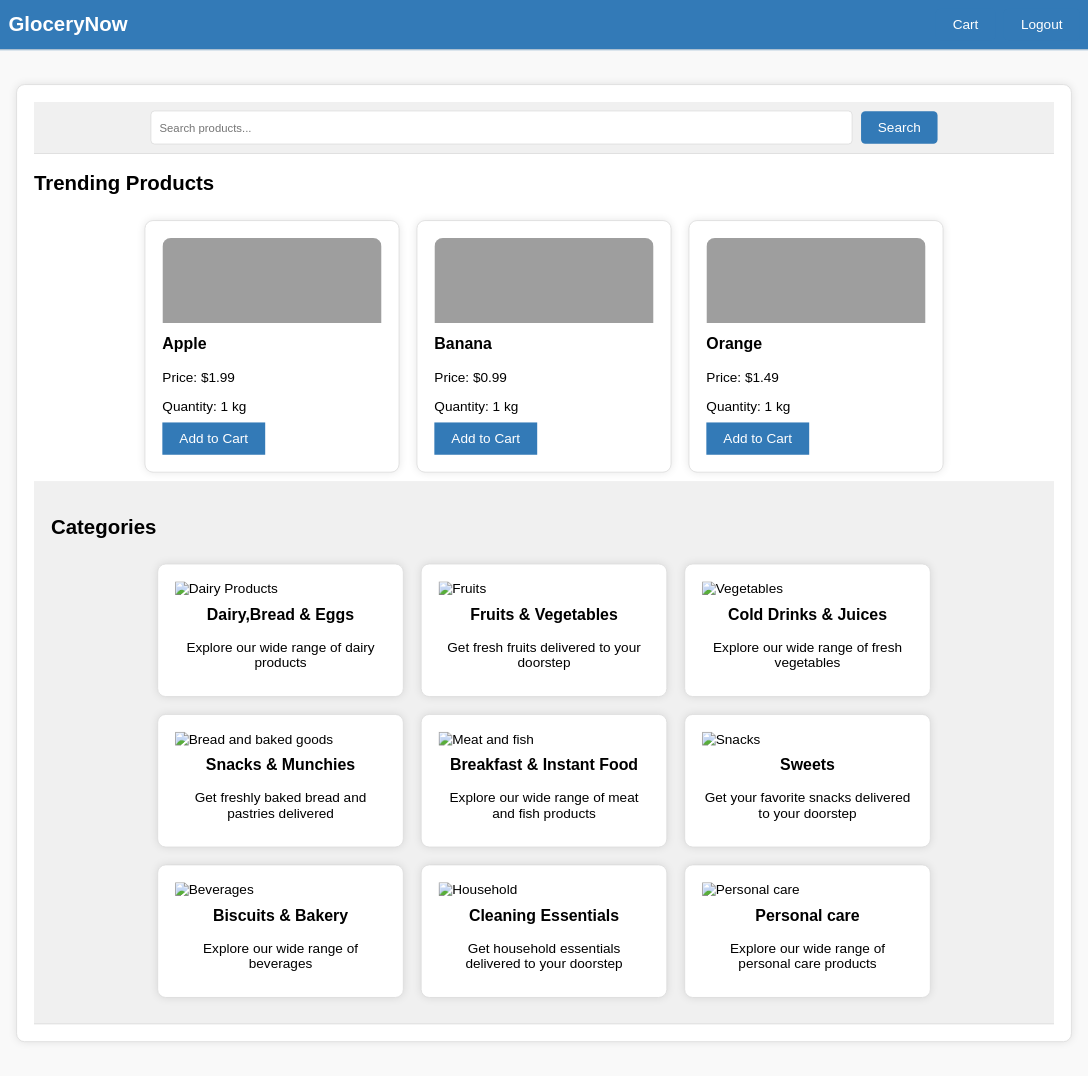
Repository: shamchiwade/GroceryNow
Page: http://localhost/ShopManagement/home.jsp
The author's editor kept a copy of each file at every save. The page is drawn from the files as they stood at one save, then again after the next save.
The browser window is 1280 px wide. The pictures show the whole page, at 85% of full size.
Pictures or frames that could not be fetched are drawn as grey boxes. The page is served by Tomcat 10. Nobody is signed in. The application's start-up code is not run. Other server files are loaded and not shown.

Above is the page before, as saved 2024-10-11 12:35:09.

### ShopManagement/src/main/webapp/home.jsp
<%@ page language="java" contentType="text/html; charset=UTF-8"
	pageEncoding="UTF-8"%>
<!DOCTYPE html>
<html>
<head>
<title>GloceryNow - Home</title>
<style type="text/css">
body {
	font-family: Arial, sans-serif;
	margin: 0;
	padding: 0;
	background-color: #f9f9f9;
}

.container {
	max-width: 1200px;
	margin: 40px auto;
	padding: 20px;
	background-color: #fff;
	border: 1px solid #ddd;
	box-shadow: 0 0 10px rgba(0, 0, 0, 0.1);
	border-radius: 10px;
}

.header {
	background-color: #337ab7;
	padding: 10px;
	border-bottom: 1px solid #ddd;
	display: flex;
	justify-content: space-between;
	align-items: center;
}

.header .logo {
	color: #fff;
	font-size: 24px;
	margin: 0;
}

.header .buttons {
	display: flex;
	align-items: center;
}

.header .buttons button {
	background-color: #337ab7;
	color: #fff;
	border: none;
	padding: 10px 20px;
	font-size: 16px;
	cursor: pointer;
	transition: background-color 0.2s ease-in-out;
	border-radius: 5px;
	margin-left: 10px;
}

.header .buttons button:hover {
	background-color: #23527c;
}

.search-bar {
	background-color: #f0f0f0;
	padding: 10px;
	border-bottom: 1px solid #ddd;
	display: flex;
	justify-content: center;
	align-items: center;
}

.search-bar input {
	width: 70%;
	height: 40px;
	padding: 10px;
	border: 1px solid #ddd;
	border-radius: 5px;
}

.search-bar button {
	background-color: #337ab7;
	color: #fff;
	border: none;
	padding: 10px 20px;
	font-size: 16px;
	cursor: pointer;
	transition: background-color 0.2s ease-in-out;
	border-radius: 5px;
	margin-left: 10px;
}

.search-bar button:hover {
	background-color: #23527c;
}

.categories {
	background-color: #f0f0f0;
	padding: 20px;
	border-bottom: 1px solid #ddd;
}

.categories .row {
	display: flex;
	flex-wrap: wrap;
	justify-content: center;
}

.categories .col-md-3 {
	width: 25%;
	margin: 10px;
}

.categories .card {
	background-color: #fff;
	padding: 20px;
	border: 1px solid #ddd;
	border-radius: 10px;
	box-shadow: 0 0 10px rgba(0, 0, 0, 0.1);
	transition: transform 0.2s ease-in-out;
}

.categories .card:hover {
	transform: scale(1.05);
}

.categories .card img {
	object-fit: cover;
	object-position: 100% 0;
	width: 100%;
	height: 260px
}

.categories .card h3 {
	font-weight: bold;
	margin-top: 10px;
	text-align: center;
}

.categories .card p {
	margin-bottom: 10px;
	text-align: center;
}

.trending-products {
	margin-top: 20px;
}

.trending-products h2 {
	margin-top: 0;
}

.trending-products .row {
	display: flex;
	flex-wrap: wrap;
	justify-content: center;
}

.trending-products .col-md-3 {
	width: 25%;
	margin: 10px;
}

.trending-products .card {
	background-color: #fff;
	padding: 20px;
	border: 1px solid #ddd;
	border-radius: 10px;
	box-shadow: 0 0 10px rgba(0, 0, 0, 0.1);
	transition: transform 0.2s ease-in-out;
}

.trending-products .card:hover {
	transform: scale(1.05);
}

.trending-products .card img {
	width: 100%;
	height: 100px;
	object-fit: cover;
	border-radius: 10px 10px 0 0;
}

.trending-products .card h3 {
	font-weight: bold;
	margin-top: 10px;
}

.trending-products .card p {
	margin-bottom: 10px;
}

.trending-products .card button {
	background-color: #337ab7;
	color: #fff;
	border: none;
	padding: 10px 20px;
	font-size: 16px;
	cursor: pointer;
	transition: background-color 0.2s ease-in-out;
	border -radius: 5px;
}

.trending-products .card button:hover {
	background-color: #23527c;
}

.cart-sidebar {
	position: fixed;
	top: 0;
	right: 0;
	width: 300px;
	height: 100vh;
	padding: 20px;
	background-color: #fff;
	border: 1px solid #ddd;
	box -shadow: 0 0 10px rgba(0, 0, 0, 0.1);
	transform: translateX(100%);
	transition: transform 0.3s ease-in-out;
}

.cart-sidebar.open {
	transform: translateX(0);
}

.cart-sidebar h2 {
	margin-top: 0;
}

.cart-sidebar ul {
	list-style: none;
	margin: 0;
	padding: 0;
}

.cart-sidebar li {
	margin-bottom: 10px;
}

.cart-sidebar p {
	margin-bottom: 20px;
}

.cart-sidebar button {
	background-color: #337ab7;
	color: #fff;
	border: none;
	padding: 10px 20px;
	font-size: 16px;
	cursor: pointer;
	transition: background-color 0.2s ease-in-out;
	border-radius: 5px;
}
</style>
</head>
<body>
	<div class="header">
		<h1 class="logo">GloceryNow</h1>
		<div class="buttons">
			<button class="cart-button" onclick="toggleCart()">Cart</button>
			<button class="logout-button" onclick="logout()">Logout</button>
		</div>
	</div>
	<div class="container">
		<div class="search-bar">
			<input type="search" placeholder="Search products...">
			<button>Search</button>
		</div>
		<div class="trending-products">
			<h2>Trending Products</h2>
			<div class="row">
				<div class="col-md-3">
					<div class="card">
						<img src="images/apple.jpg" alt="Apple">
						<h3>Apple</h3>
						<p class="price">Price: $1.99</p>
						<p class="quantity">Quantity: 1 kg</p>
						<button class="add-to-cart" onclick="addInCart(this)">Add
							to Cart</button>
					</div>
				</div>
				<div class="col-md-3">
					<div class="card">
						<img src="images/banana.jpg" alt="Banana">
						<h3>Banana</h3>
						<p class="price">Price: $0.99</p>
						<p class="quantity">Quantity: 1 kg</p>
						<button class="add-to-cart" onclick="addInCart(this)">Add
							to Cart</button>
					</div>
				</div>
				<div class="col-md-3">
					<div class="card">
						<img src="images/orange.jpg" alt="Orange">
						<h3>Orange</h3>
						<p class="price">Price: $1.49</p>
						<p class="quantity">Quantity: 1 kg</p>
						<button class="add-to-cart" onclick="addInCart(this)">Add
							to Cart</button>
					</div>
				</div>
			</div>
		</div>

		<div class="categories">
			<h2>Categories</h2>
			<div class="row">
				<div class="col-md-3">
					<div class="card">
						<img
							src="https://cdn.grofers.com/cdn-cgi/image/f=auto,fit=scale-down,q=70,metadata=none,w=270/layout-engine/2022-11/Slice-2_10.png"
							alt="Dairy Products">
						<h3>Dairy,Bread & Eggs</h3>
						<p>Explore our wide range of dairy products</p>
					</div>
				</div>
				<div class="col-md-3">
					<div class="card">
						<img src="https://cdn.grofers.com/cdn-cgi/image/f=auto,fit=scale-down,q=70,metadata=none,w=270/layout-engine/2022-11/Slice-3_9.png" alt="Fruits">
						<h3>Fruits & Vegetables</h3>
						<p>Get fresh fruits delivered to your doorstep</p>
					</div>
				</div>
				<div class="col-md-3">
					<div class="card">
						<img src="https://cdn.grofers.com/cdn-cgi/image/f=auto,fit=scale-down,q=70,metadata=none,w=270/layout-engine/2022-11/Slice-4_9.png" alt="Vegetables">
						<h3>Cold Drinks & Juices</h3>
						<p>Explore our wide range of fresh vegetables</p>
					</div>
				</div>
				<div class="col-md-3">
					<div class="card">
						<img src="https://cdn.grofers.com/cdn-cgi/image/f=auto,fit=scale-down,q=70,metadata=none,w=270/layout-engine/2022-11/Slice-5_4.png" alt="Bread and baked goods">
						<h3>Snacks & Munchies</h3>
						<p>Get freshly baked bread and pastries delivered</p>
					</div>
				</div>
				<div class="col-md-3">
					<div class="card">
						<img src="https://cdn.grofers.com/cdn-cgi/image/f=auto,fit=scale-down,q=70,metadata=none,w=270/layout-engine/2022-11/Slice-6_5.png" alt="Meat and fish">
						<h3>Breakfast & Instant Food</h3>
						<p>Explore our wide range of meat and fish products</p>
					</div>
				</div>
				<div class="col-md-3">
					<div class="card">
						<img src="https://cdn.grofers.com/cdn-cgi/image/f=auto,fit=scale-down,q=70,metadata=none,w=270/layout-engine/2022-11/Slice-7_3.png" alt="Snacks">
						<h3>Sweets</h3>
						<p>Get your favorite snacks delivered to your doorstep</p>
					</div>
				</div>
				<div class="col-md-3">
					<div class="card">
						<img src="https://cdn.grofers.com/cdn-cgi/image/f=auto,fit=scale-down,q=70,metadata=none,w=270/layout-engine/2022-11/Slice-8_4.png" alt="Beverages">
						<h3>Biscuits & Bakery</h3>
						<p>Explore our wide range of beverages</p>
					</div>
				</div>
				<div class="col-md-3">
					<div class="card">
						<img src="https://cdn.grofers.com/cdn-cgi/image/f=auto,fit=scale-down,q=70,metadata=none,w=270/layout-engine/2022-11/Slice-17.png" alt="Household">
						<h3>Cleaning Essentials</h3>
						<p>Get household essentials delivered to your doorstep</p>
					</div>
				</div>
				<div class="col-md-3">
					<div class="card">
						<img src="https://cdn.grofers.com/cdn-cgi/image/f=auto,fit=scale-down,q=70,metadata=none,w=270/layout-engine/2022-11/Slice-19.png" alt="Personal care">
						<h3>Personal care</h3>
						<p>Explore our wide range of personal care products</p>
					</div>
				</div>
			</div>
		</div>
	</div>
	<div class="cart-sidebar">
		<h2>Cart</h2>
		<ul class="cart-list">
			<!-- Cart items will be added here -->
		</ul>
		<p>Total: $0.00</p>
		<button class="checkout-button">Checkout</button>
	</div>

	<script>
		document.querySelectorAll('.categories .card').forEach((card) => {
			card.addEventListener('mouseover', (event) => {
				card.style.transform = 'scale(1.05)';
			});
			card.addEventListener('mouseout', (event) => {
				card.style.transform = 'scale(1)';
			});
		});

		function toggleCart() {
			var cartSidebar = document.querySelector('.cart-sidebar');
			cartSidebar.classList.toggle('open');
		}

		function addInCart(element) {
			// Add the product to the cart
			var product = element.parentNode;
			var productName = product.querySelector('h3').textContent;
			var productPrice = product.querySelector('.price').textContent;
			var productQuantity = product.querySelector('.quantity').textContent;
			var cartList = document.querySelector('.cart-list');
			var cartItem = document.createElement('li');
			cartItem.textContent = `${productName} - ${productPrice} - ${productQuantity}`;
			cartList.appendChild(cartItem);
			updateTotal();
		}

		function updateTotal() {
			var cartList = document.querySelector('.cart-list');
			var total = 0;
			cartList.querySelectorAll('li').forEach((item) => {
				var price = item.textContent.split(' - ')[1];
				total += parseFloat(price.replace('$', ''));
			});
			document.querySelector('.cart-sidebar p').textContent = `Total: $${total.toFixed(2)}`;
		}

		function logout() {
			// Logout functionality goes here
			alert('You have been logged out!');
		}
	</script>
</body>
</html>

After the next save:
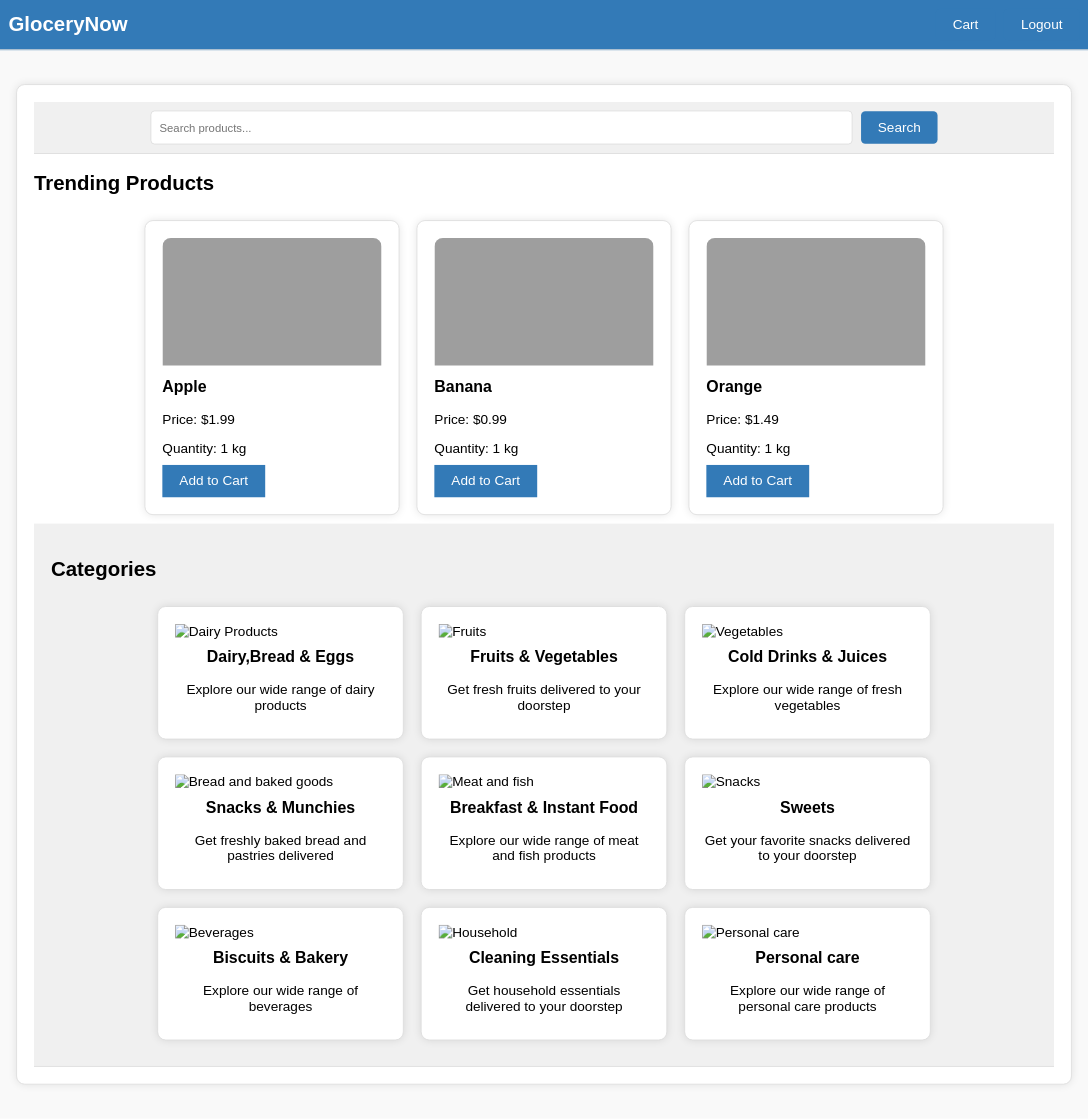
Saved 33 s later.
--- a/ShopManagement/src/main/webapp/home.jsp
+++ b/ShopManagement/src/main/webapp/home.jsp
@@ -173,7 +173,7 @@ body {
 
 .trending-products .card img {
 	width: 100%;
-	height: 100px;
+	height: 150px;
 	object-fit: cover;
 	border-radius: 10px 10px 0 0;
 }
